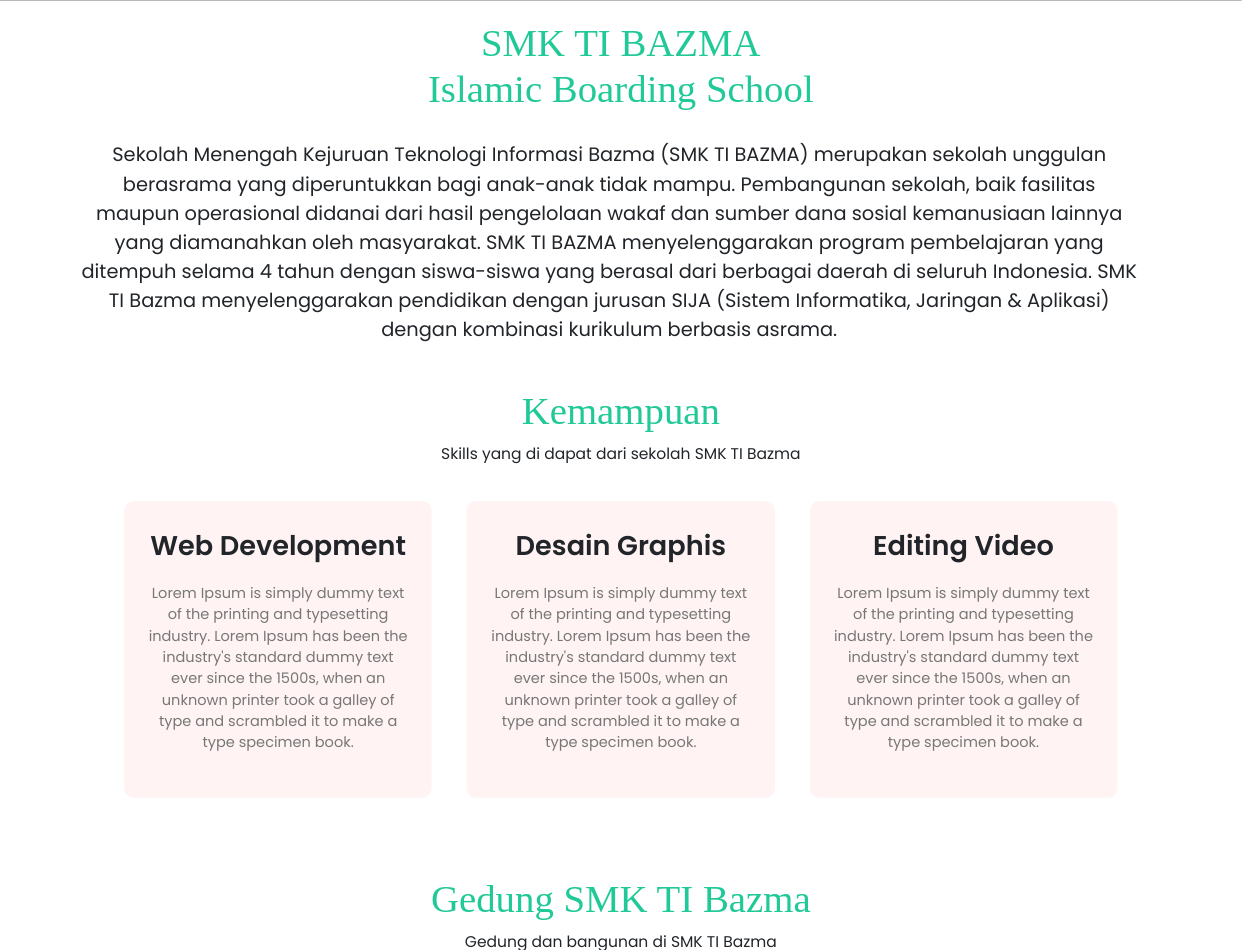
Repository: farhannurrahmat/Landing-Page-School
Page: index.html
These files come from the project's save history. The page is drawn as it stood at one moment and after the next save; the edit follows.
The browser window is 1280 px wide. The pictures show the part of the page from y = 720 to 1699 px (the page is 4204 px tall), at 97% of full size.
A picture or video elsewhere on the page could not be fetched, so the positions and the page height are approximate.

Above is the page before, as saved 2024-01-31 08:44:25.

After the next save:
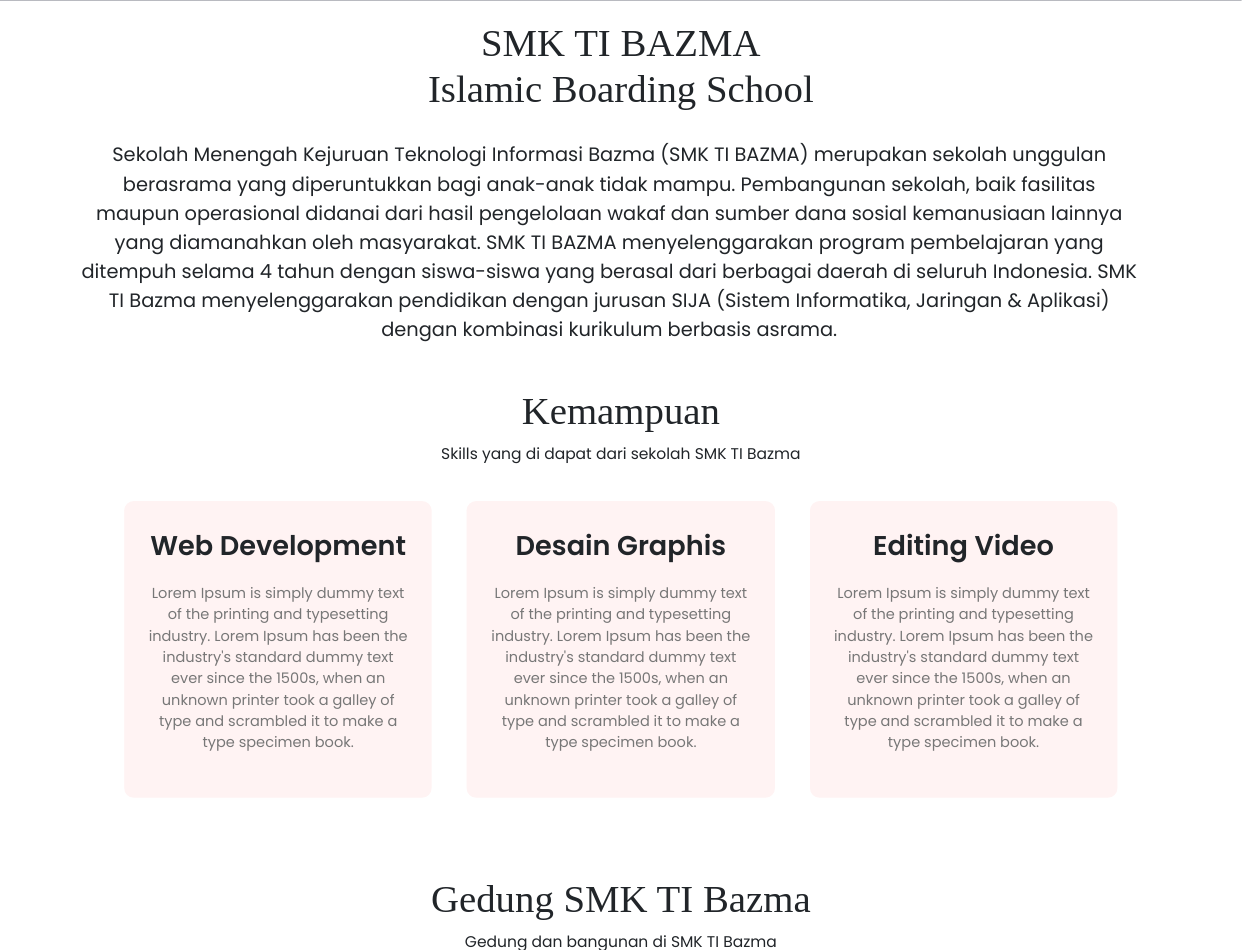
Saved 34 s later.
--- a/css/style.css
+++ b/css/style.css
@@ -118,7 +118,7 @@
 
 h1 {
   font-family: Phenomena;
-
+  tex
   color: #20c997;
   font-weight: 600;
   font-size: 70px;

After the 2 saves that followed:
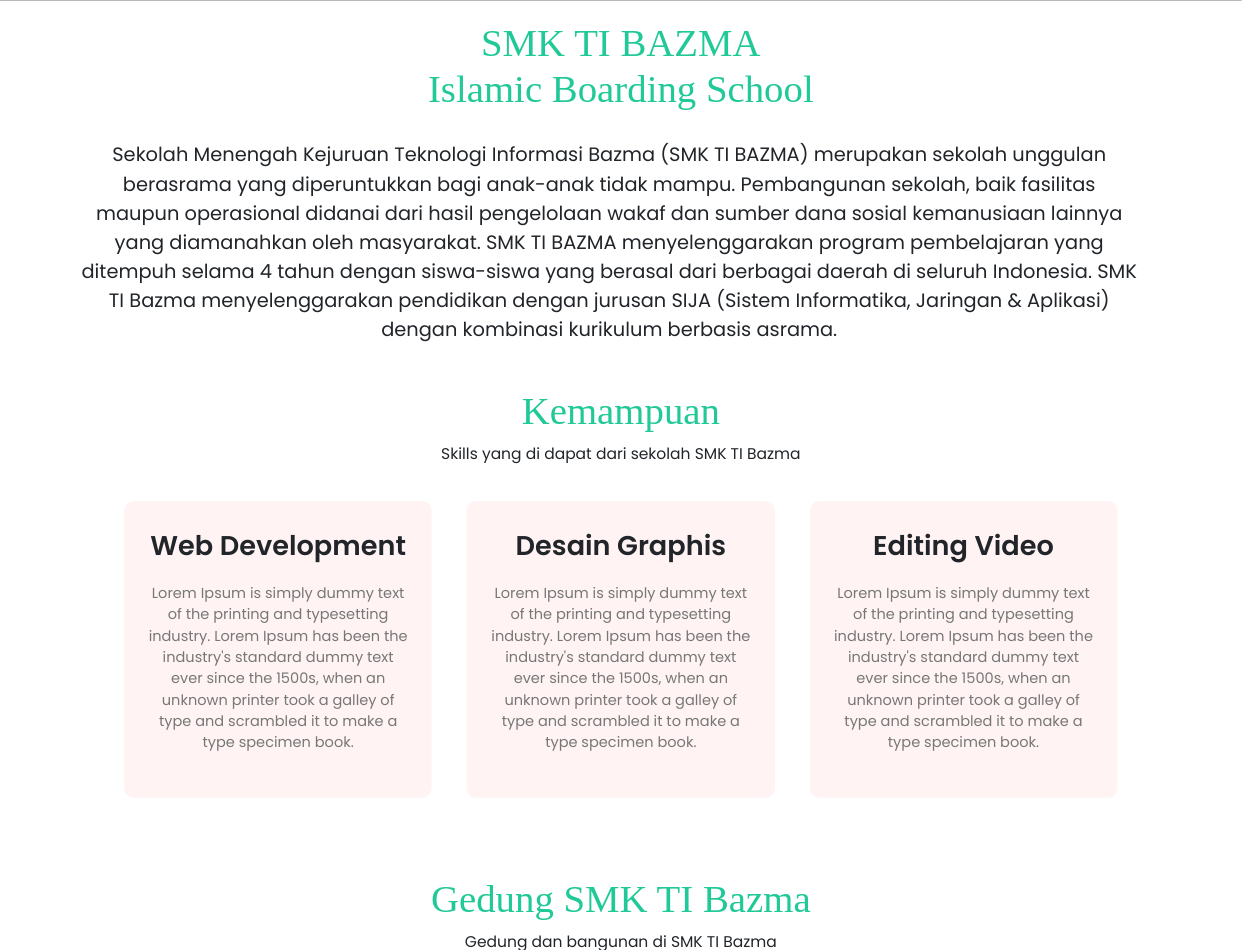
The 2 saves are shown as one change because 1 left the picture as it was.
The last was saved 8 s later.
--- a/css/style.css
+++ b/css/style.css
@@ -118,7 +118,6 @@
 
 h1 {
   font-family: Phenomena;
-  tex
   color: #20c997;
   font-weight: 600;
   font-size: 70px;
